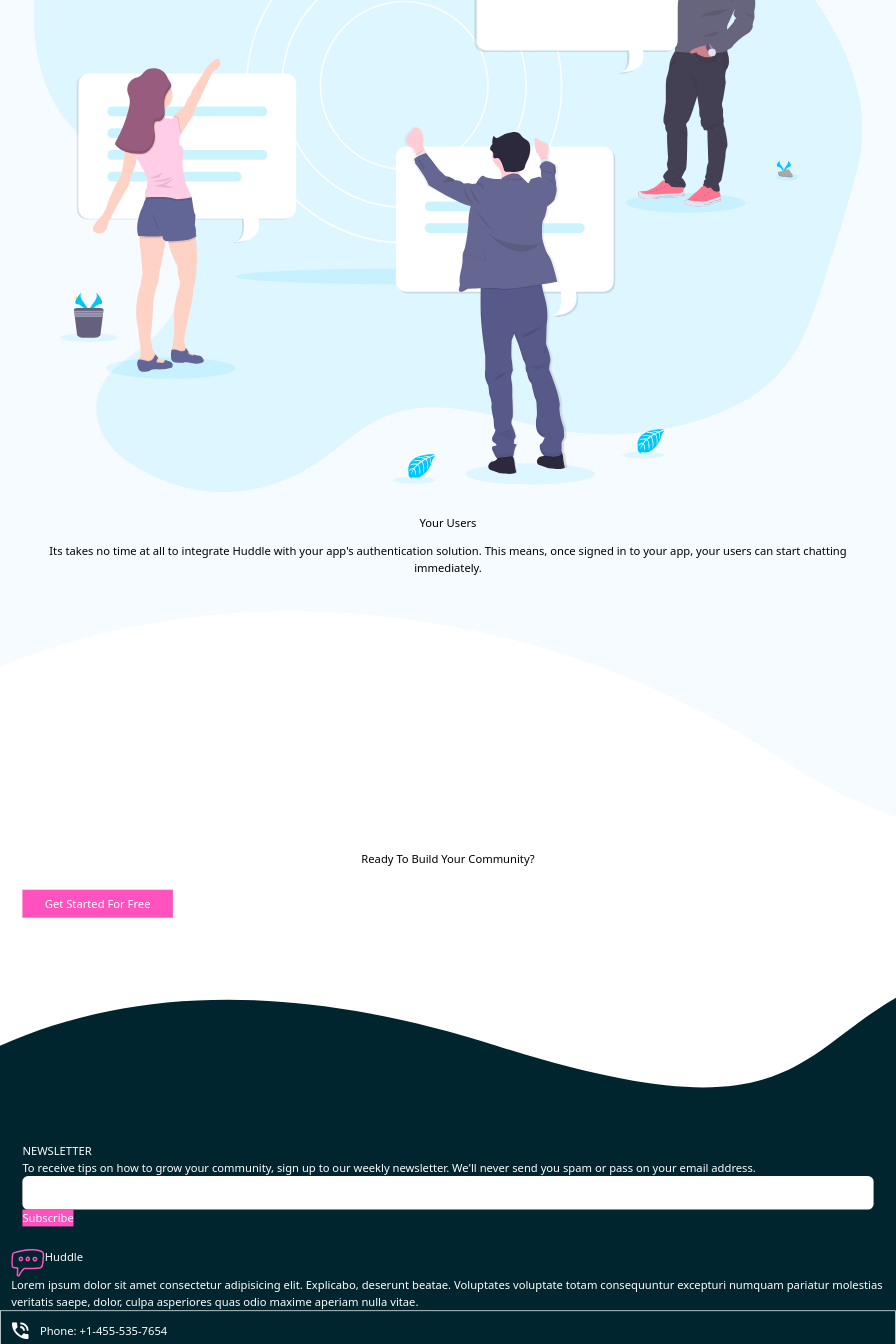
Repository: nivrii/huddle-landing-page-with-curved-sections-master
Page: /
An editor plug-in stored every save of this project. The page is shown before and after the next save, followed by the edit.
The browser window is 1280 px wide. The pictures show the part of the page from y = 4580 to 6500 px (the page is 6600 px tall before and 6616 px after), at 70% of full size.
The project was rebuilt for these pictures with package versions that can differ from the ones it lists, and the page was loaded fresh each time. Also part of the build but not shown: vite.config.js.

Above is the page before, as saved 2024-04-15 16:42:15.

### src/App.jsx
import "./App.css";
import message from "./assets/images/icon-messages.svg";
import communities from "./assets/images/icon-communities.svg";
import phone from "./assets/images/icon-phone.svg";
import gmail from "./assets/images/icon-email.svg";

import screenMockup from "./assets/images/screen-mockups.svg";
import grow from "./assets/images/illustration-grow-together.svg";
import users from "./assets/images/illustration-your-users.svg";
import conversation from "./assets/images/illustration-flowing-conversation.svg";

import sectionTop1M from "./assets/images/bg-section-top-mobile-1.svg";
import sectionTop2M from "./assets/images/bg-section-top-mobile-2.svg";
import sectionBottom1M from "./assets/images/bg-section-bottom-mobile-1.svg";
import sectionBottom2M from "./assets/images/bg-section-bottom-mobile-2.svg";
import footerTopM from "./assets/images/bg-footer-top-mobile.svg";

function App() {
  return (
    <div className=" box-border m-0 bg-white w-screen min-h-screen">
      <section className="p-2h">
        <div className="flex flex-row w-full">
          <div className="flex flex-row align-middle  w-3/5">
            <img src={message} className="my-auto w-8 h-8" />
            <h1 className="text-3xl font-Poppins text-Very-dark-cyan font-bold my-auto">
              Huddle
            </h1>
          </div>
          <div className="flex align-middle justify-end w-2/5">
            <input
              className="border-2 border-Light-pink text-Light-pink font-Poppins rounded-3xl px-6 py-2"
              type="button"
              value="Try It Free"
            />
          </div>
        </div>
      </section>

      <section>
        <div className="w-full ">
          <h1>Build The Community Your Fans Will Love</h1>
          <p className="text-wrap">
            Huddle re-imagines the way we build communities. You have a voice,
            so does your audience. Create connections with your users as you
            engage in genuine discussion
          </p>
          <input
            type="submit"
            name="start"
            className="outline-none text-white bg-Pink"
          />
        </div>
      </section>

      <section className="mt-4 m">
        <div className="mx-auto">
          <img src={screenMockup} className="object-contain" />
        </div>
      </section>

      <section className="flex flex-col justify-center">
        <div className="mx-auto w-1/2 ">
          <img src={communities} alt="communities" />
          <h1 className="w-full font-bold text-6xl">1.4k+</h1>
          <p>Communities Formed</p>
        </div>
        <div className="mx-auto w-1/2">
          <img src={message} alt="message" />
          <h1 className="w-full font-bold text-6xl">2.7m+</h1>
          <p>Messages Sent</p>
        </div>
      </section>

      <img src={sectionTop1M} alt="top-top" className="w-full" />

      <section className="flex flex-col space-y-8 bg-sectionBG px-8 py-12">
        <img src={grow} alt="" className="mb-12" />
        <div className="flex flex-col space-y-4 text-center">
          <h1>Grow Together</h1>
          <p>
            Generate meaningful discussions with your audience and build a
            strong, loyal community. Think of the insightful conversations you
            miss out on with a feedback form.
          </p>
        </div>
      </section>

      <img src={sectionBottom1M} alt="top-bottom" className="w-full" />

      <section className="flex flex-col space-y-8 my-20 px-8">
        <img src={conversation} alt="conversations" className="px-4" />
        <div className="flex flex-col space-y-4 text-center">
          <h1>Flowing Conversations</h1>
          <p>
            You wouldn&apos;t paginate a conversation in real life, so why do it
            online? Our threads have just-in-time loading for a more natural
            flow.
          </p>
        </div>
      </section>

      <img src={sectionTop2M} alt="bottom-top" className="w-full" />

      <section className="bg-sectionBG">
        <div className="flex flex-col space-y-8  px-8">
          <img src={users} alt="conversations" className="px-4" />
          <div className="flex flex-col space-y-4 text-center">
            <h1>Your Users</h1>
            <p>
              Its takes no time at all to integrate Huddle with your app&apos;s
              authentication solution. This means, once signed in to your app,
              your users can start chatting immediately.
            </p>
          </div>
        </div>
      </section>

      <img src={sectionBottom2M} alt="bottom-bottom" className="w-full" />

      <section className="flex flex-col space-y-8 mt-12 px-8 mb-28">
        <h1 className="text-center">Ready To Build Your Community?</h1>
        <input
          type="button"
          value="Get Started For Free"
          className="outline-none bg-Pink text-white w-fit py-2 px-8"
        />
      </section>

      <img src={footerTopM} alt="" className="w-full" />

      <footer className="bg-bgFooter -mt-1 pb-4">
        <div className="p-8 text-white">
          <h1>NEWSLETTER</h1>
          <p>
            To receive tips on how to grow your community, sign up to our weekly
            newsletter. We&apos;ll never send you spam or pass on your email
            address.
          </p>
          <input type="text" className="w-full rounded-lg h-12" />
          <input
            type="button"
            value="Subscribe"
            className="outline-none text-white bg-Pink"
          />
        </div>
        <div className="px-4">
          <div className="flex text-white">
            <img
              src={message}
              alt="message"
              className="fill-white stroke-white"
            />
            <h1>Huddle</h1>
          </div>
          <p className="text-white">
            Lorem ipsum dolor sit amet consectetur adipisicing elit. Explicabo,
            deserunt beatae. Voluptates voluptate totam consequuntur excepturi
            numquam pariatur molestias veritatis saepe, dolor, culpa asperiores
            quas odio maxime aperiam nulla vitae.
          </p>
        </div>
        <div className="flex flex-col">
          <div className="flex border border-white">
            <img src={phone} alt="Phone" className="m-4 h-6 w-6" />
            <p className="my-auto text-white ">Phone: +1-455-535-7654</p>
          </div>
          <div className="flex border border-white">
            <img src={gmail} alt="Gmail" className="m-4 h-6 w-6" />
            <p className="my-auto text-white ">flimzniv9@gmail.com</p>
          </div>
        </div>
        <p className="text-xs text-center text-attribution">
          Challenge by{" "}
          <a
            href="https://www.frontendmentor.io?ref=challenge"
            target="_blank"
            className="text-Light-pink underline decoration-solid decoration-4"
          >
            Frontend Mentor
          </a>
          . Coded by{" "}
          <a
            href="https://github.com/nivrii/huddle-landing-page-with-curved-sections-master"
            className="underline decoration-solid decoration-4 text-Light-red"
          >
            NiVrIi
          </a>
          .
        </p>
      </footer>
    </div>
  );
}

export default App;

### src/App.css
@import "tailwindcss/base";
@import "tailwindcss/components";
@import "tailwindcss/utilities";
@import url('https://fonts.google.com/specimen/Poppins');
@import url('https://fonts.google.com/specimen/Open+Sans');

### tailwind.config.js
/** @type {import('tailwindcss').Config} */

/*! tailwindcss v2.2.7 | MIT License | https://tailwindcss.com */
export default {
  content: [
    "./index.html",
    "./src/**/*.{js,ts,jsx,tsx}",
  ],
  theme: {
    extend: {
      screens: {
        'xs': '375px',
        'sm': '640px',
        'md': '768px',
        'lg': '1024px',
        'xl': '1440px',

      },
      colors: {
        'Pink': 'hsl(322, 100%, 66%)',
        'Light-pink': 'hsl(321, 100%, 78%)',
        'Light-red': 'hsl(0, 100%, 63%)',
        'Very-dark-cyan': 'hsl(192, 100%, 9%)',
        'Very-dark-blue': 'hsl(207, 100%, 98%)',
        'sectionBG': '#F6FBFF',
        'bgFooter': '#00252E',
        'attribution': 'hsl(228, 45%, 44%)',
      },
      fontFamily: {
        'Poppins': ['Poppins', 'sans-serif'],
        'Open-sans': ['Open Sans', 'serif'],
      },
    },
  },
  plugins: [],
}

Loaded but not shown: index.html (common file); src/main.jsx (common file)

After the next save:
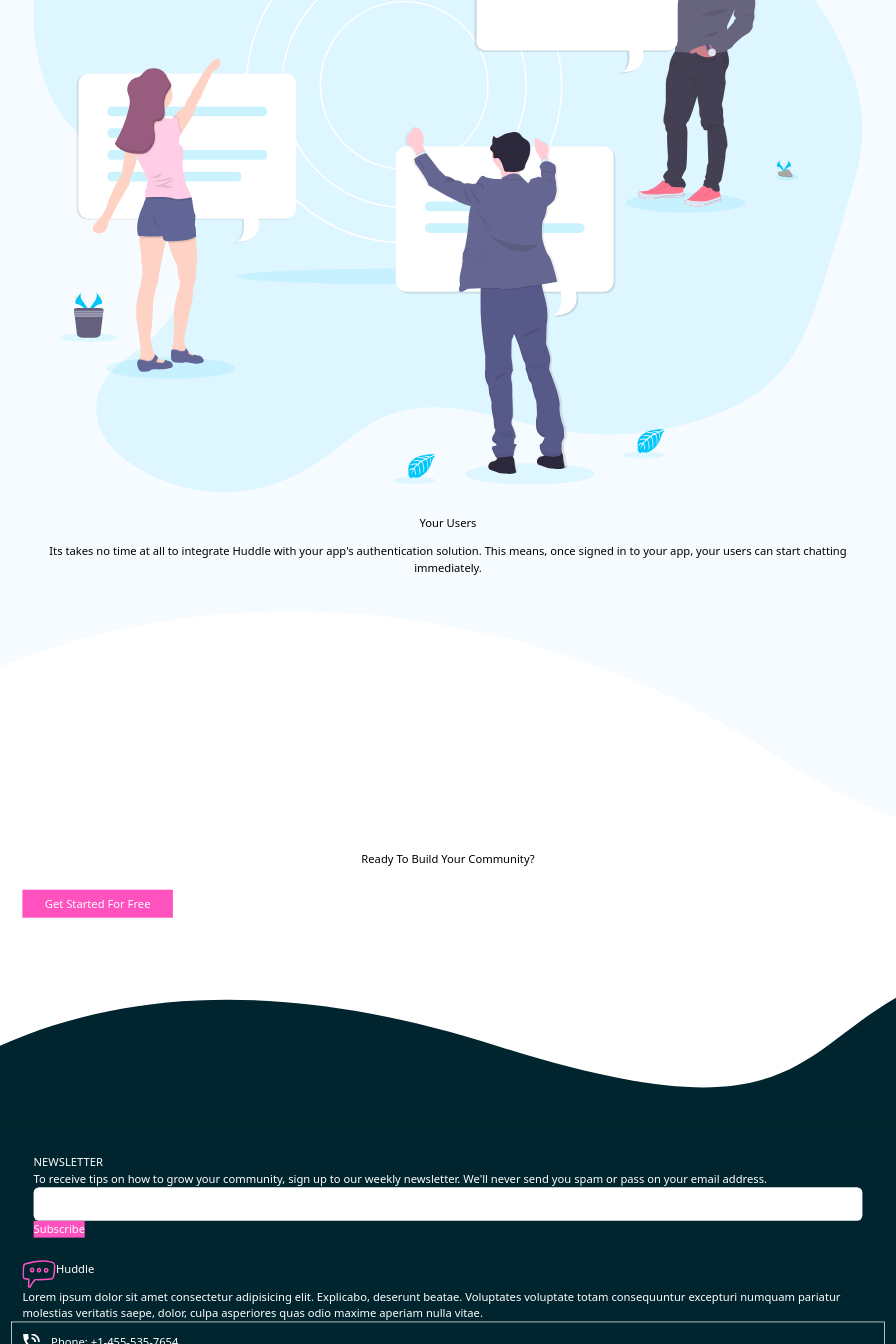
Saved 53 s later.
--- a/src/App.jsx
+++ b/src/App.jsx
@@ -128,7 +128,7 @@
 
       <img src={footerTopM} alt="" className="w-full" />
 
-      <footer className="bg-bgFooter -mt-1 pb-4">
+      <footer className="bg-bgFooter -mt-1 p-4">
         <div className="p-8 text-white">
           <h1>NEWSLETTER</h1>
           <p>
